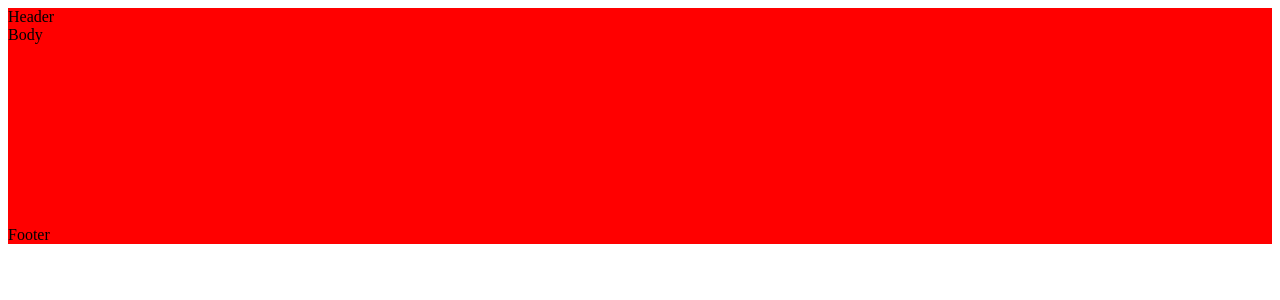
Repository: slowmoter1/samurai_HTML-CSS
Page: ninni.html
The author's editor kept a record of every edit. The page is drawn from the files as they stood at one moment, then again after the next edit.
The browser window is 1280 px wide. The pictures show the whole page.

Above is the page before.

### ninni.html
<html lang="ja">
    <head>
        <style>
            #header{
                background-color: red;

            }

            #footer{
                background-color: blue;
            }

            .size{height: 200px;
            }
        </style>
    </head>
    <body>
        <div id="header">
            Header
        </header>
        <div class="size">
            Body
        </div>
        <footer>
            Footer
        </footer>
    </body>
</html>

After the next edit:
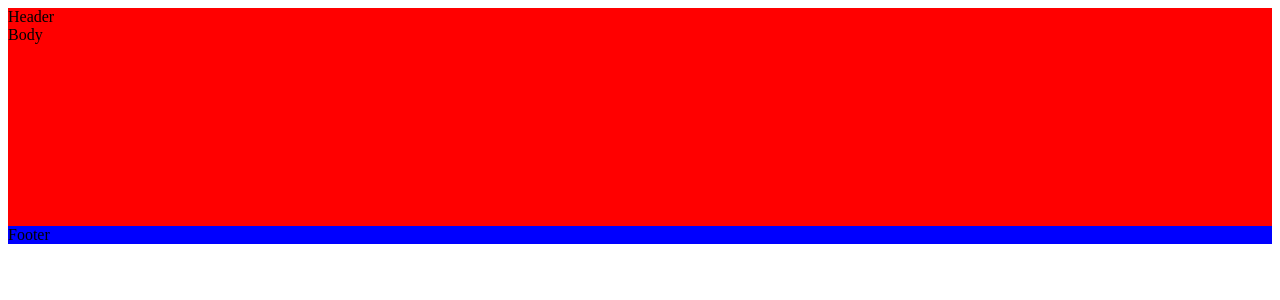
The edit:
--- a/ninni.html
+++ b/ninni.html
@@ -21,7 +21,7 @@
         <div class="size">
             Body
         </div>
-        <footer>
+        <div id="footer">
             Footer
         </footer>
     </body>
